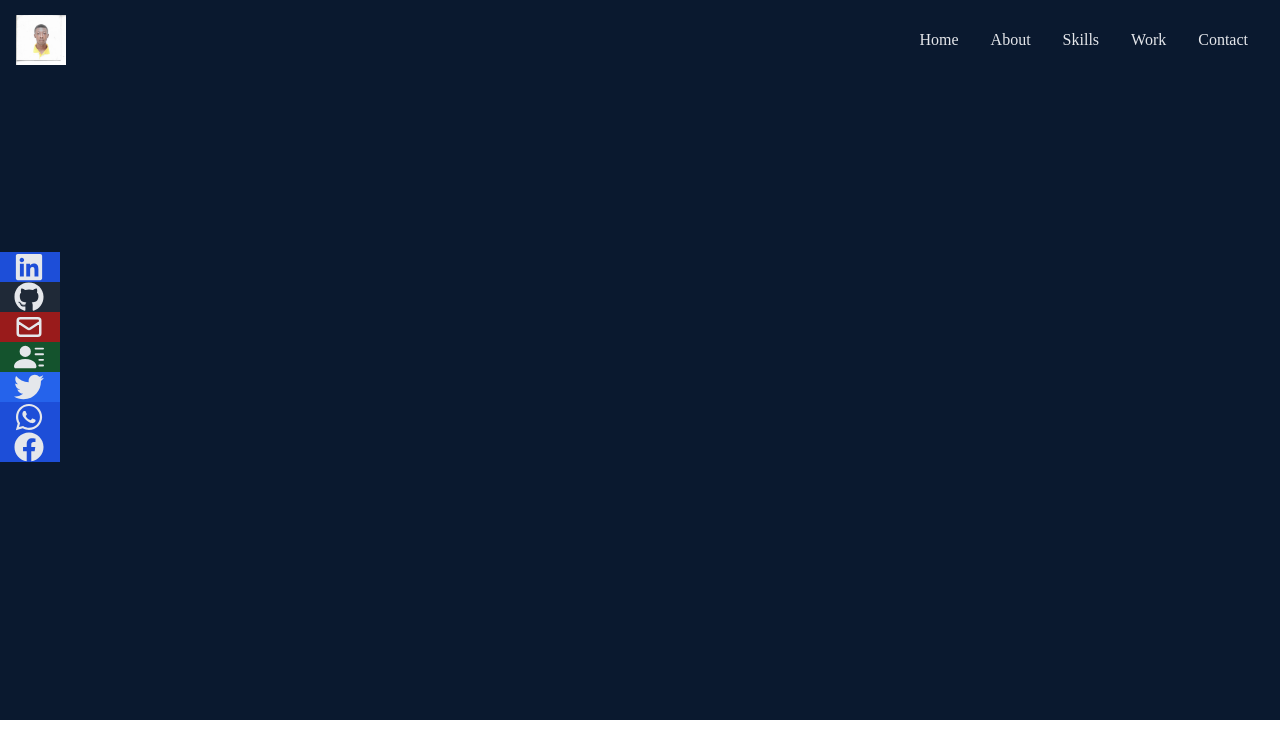
Repository: AngusOnyebuchi/Dashboard
Page: /
These files come from the project's save history. The page is drawn as it stood at one moment and after the next save; the edit follows.
The browser window is 1280 px wide. The pictures show the whole page.
The project was rebuilt for these pictures with package versions that can differ from the ones it lists, and the page was loaded fresh each time.

Above is the page before, as saved 2022-04-13 21:51:47.

After the next save:
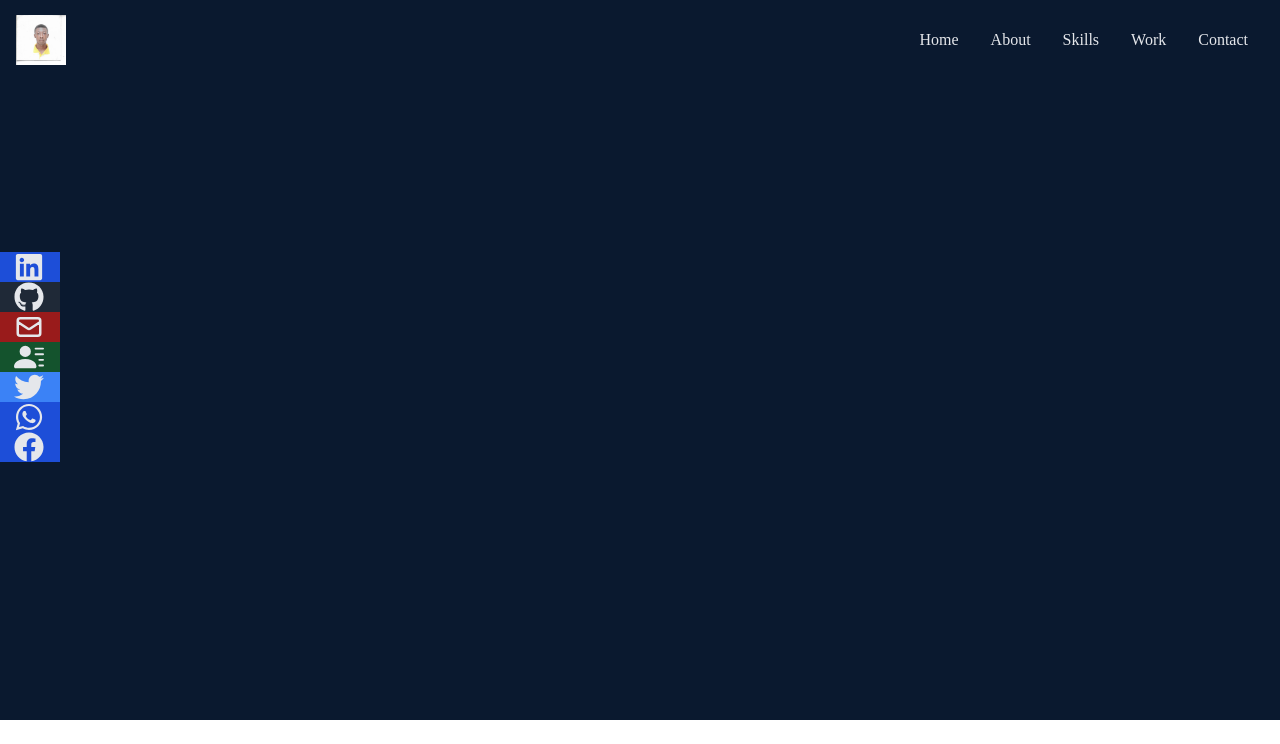
Saved 16 s later.
--- a/src/components/NavBar.js
+++ b/src/components/NavBar.js
@@ -70,7 +70,7 @@
              </a>
            </li>
 
-           <li className="w-[160px] h-60px flex justify-between items-center ml-[-100px] hover:ml-[-10px] duration-300 bg-blue-600">
+           <li className="w-[160px] h-60px flex justify-between items-center ml-[-100px] hover:ml-[-10px] duration-300 bg-blue-500">
              <a className="flex justify-between items-center w-full text-gray-200 "
                 href="/">
                Twitter <FaTwitter size={30}/>

After the save that followed:
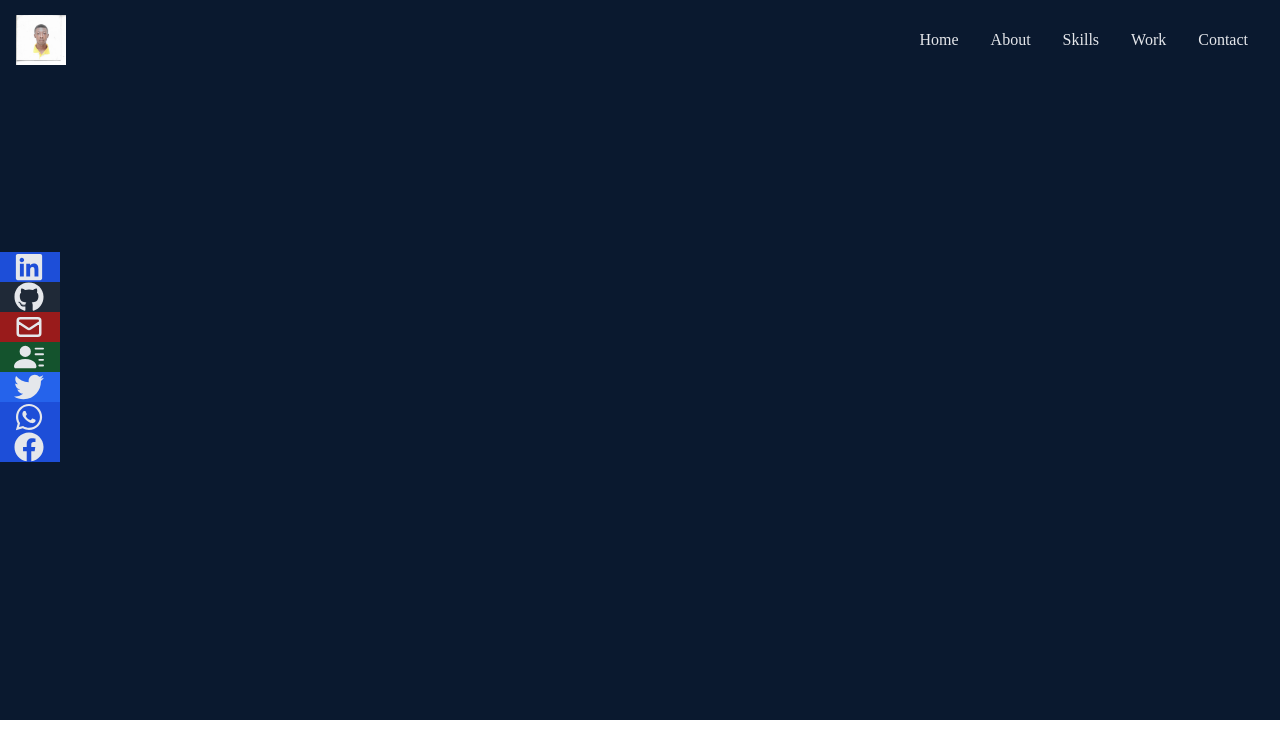
Saved 8 s later.
--- a/src/components/NavBar.js
+++ b/src/components/NavBar.js
@@ -70,7 +70,7 @@
              </a>
            </li>
 
-           <li className="w-[160px] h-60px flex justify-between items-center ml-[-100px] hover:ml-[-10px] duration-300 bg-blue-500">
+           <li className="w-[160px] h-60px flex justify-between items-center ml-[-100px] hover:ml-[-10px] duration-300 bg-blue-600">
              <a className="flex justify-between items-center w-full text-gray-200 "
                 href="/">
                Twitter <FaTwitter size={30}/>
